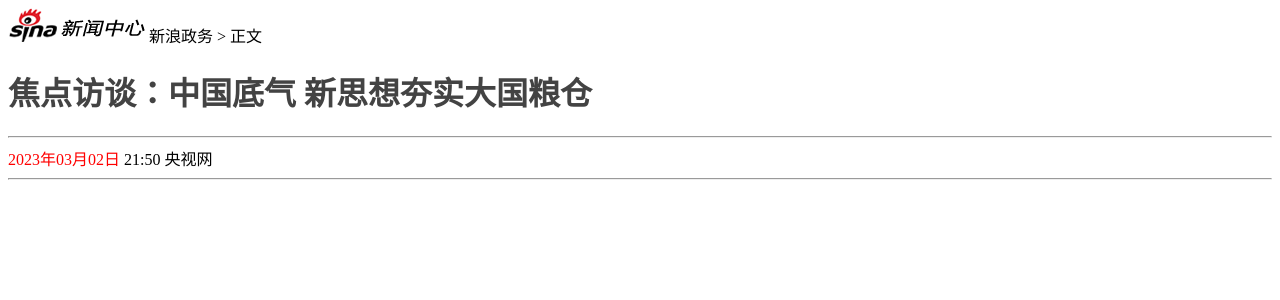
Repository: normalSp/HTMLLearn
Page: 02. 新浪新闻-标题-样式.html
These files come from the project's save history. The page is drawn as it stood at one moment and after the next save; the edit follows.
The browser window is 1280 px wide. The pictures show the whole page.

Above is the page before, as saved 2024-04-12 14:07:44.

After the next save:
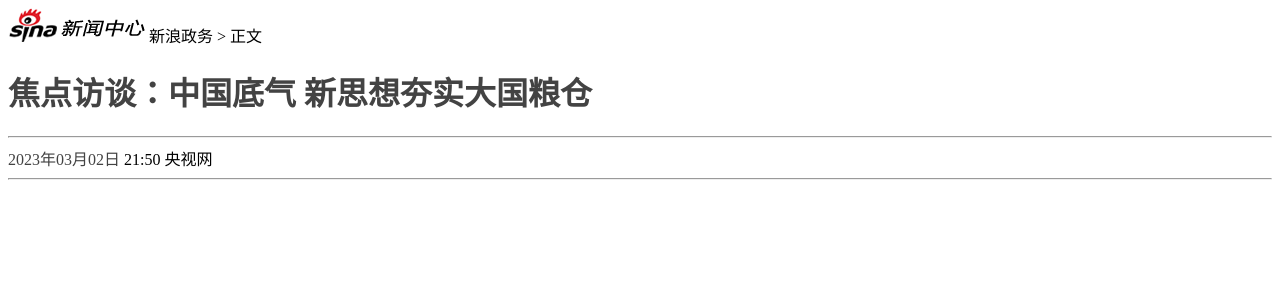
Saved 11 s later.
--- a/css/new.css
+++ b/css/new.css
@@ -6,5 +6,5 @@
 } */
 
 .date{
-    color: #ff0000;
+    color: #434343;
 }
